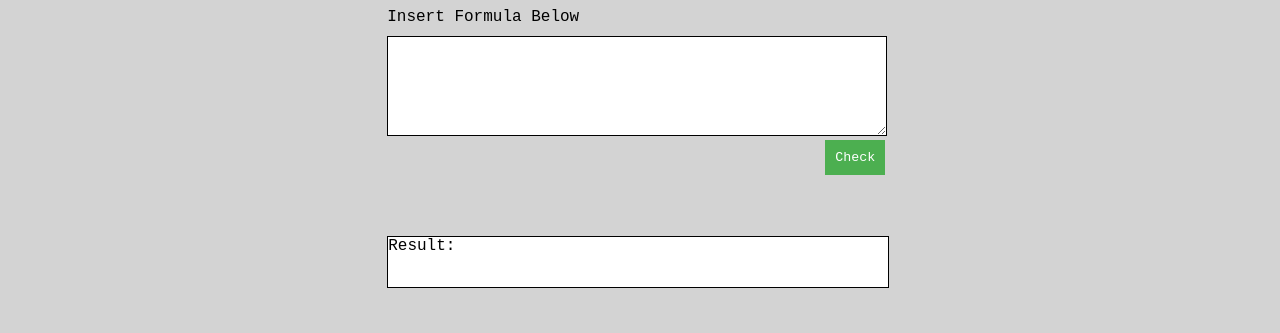
Repository: martandatrey/sf_formula_checker
Page: SF_formula_parser.html
The author's editor kept a copy of each file at every save. The page is drawn from the files as they stood at one save, then again after the next save.
The browser window is 1280 px wide. The pictures show the whole page.

Above is the page before, as saved 2020-05-24 02:18:13.

### SF_formula_parser.html
<html>
    <head>
        <script src="main.js"></script>
        <link rel="stylesheet" href="SF_formula_parser.css">
        <title>
            Salesforce Formula Parser
        </title>
    </head>
    <body>
       <div id="main" class="center">
            <form>
                <label for="formulaField" style="text-align: center;">Insert Formula Below</label>
                <br>
                <textarea class="fField" id="formulaField" name="formulaField"></textarea>
                <br>

                <input class="checkBtn" type="button" value="Check" onclick="parseFormula(); return false;" />


                <div id="statusMsg">
                    Result:

                </div>
            </form>
       </div>
    </body>
</html>

### main.js
let formulaTxt;
function parseFormula(){
    formulaTxt = document.getElementById("formulaField").value;
    console.log(formulaTxt);
    if(!formulaTxt){
        alert("Enter Some text in formula field.");
    }else {
        //alert("Parsing in progress.");
        checkFormula(formulaTxt);
    }
}


function checkFormula(formulaTxt){
    console.log('Parsing Formula:', formulaTxt );
    let result;
    formulaTxt = formulaTxt.replace(/[\s\n]/g, '');
    const opPatt = new RegExp(/[*\-+/^]/, "i");
    if(formulaTxt.search(opPatt)){
        const index = formulaTxt.search(opPatt);
        result = calcExp(formulaTxt.substring(0, index), formulaTxt.substring(index+1), formulaTxt.charAt(index));
    }
    //let result = ;
    console.log('result', result);
    updateStatusMsg(result);
    // const bracPatt = new RegExp(/\(*\)/, "i");
    // let initExp = bracPatt.test(formulaTxt);
    // console.log(initExp);

}


function calcExp(operand1, operand2, operator){
    console.log(operand1,'|', operand2,'|', operator);
    operand1 = Number(operand1);
    operand2 = Number(operand2);
    switch(operator){
        case '*':
            return operand1 * operand2;
        case '+':
            return operand1 + operand2;
        case '-':
            return operand1 - operand2;
        case '/':
            return operand1 / operand2;
        case '^':
            return operand1 ^ operand2;
        default:
            console.log('Not a Proper Operator');
    }

}


function updateStatusMsg(msg){
    document.getElementById('statusMsg').innerHTML = msg;
}

### SF_formula_parser.css
#main {
    width: 500px;
    margin-left: 30%;
}
.fField {
    /* margin-left: 10px; */
    margin-top: 10px;
    height: 100px;
    width: 500px;
    padding: 10px;
    border: 1px solid black;
}
body {
    background-color: lightgrey;
}
input[type=button] {
    background-color: #4CAF50;
    border: none;
    color: white;
    padding: 10px 10px;
    text-decoration: none;
    margin: 4px 2px;
    cursor: pointer;
    float:right;
}
#statusMsg {
    height: 50px;
    width: 500px;
    border: 1px solid black;
    background-color: white;
    margin-top: 100px;
}

* {
    font-family: 'Courier New', Courier, monospace;
}

After the next save:
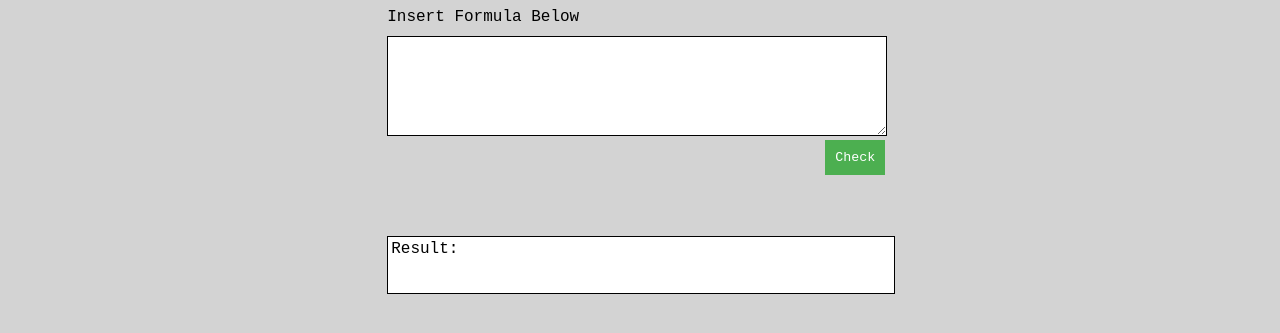
Saved 34 s later.
--- a/SF_formula_parser.css
+++ b/SF_formula_parser.css
@@ -24,6 +24,7 @@ input[type=button] {
     float:right;
 }
 #statusMsg {
+    padding: 3px;
     height: 50px;
     width: 500px;
     border: 1px solid black;
